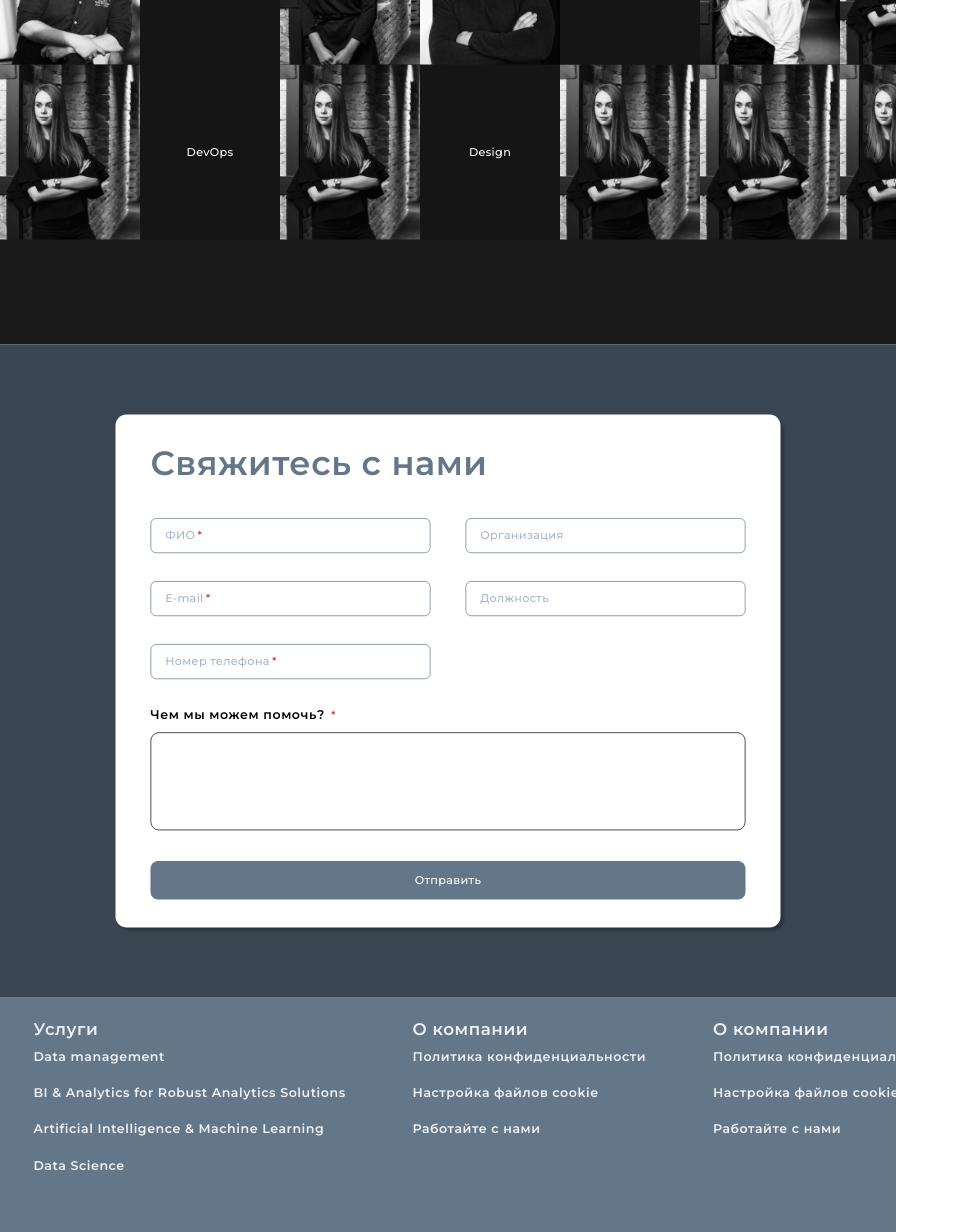
Repository: DalerAlyamov/paymona
Page: /about-us
An editor plug-in stored every save of this project. The page is shown before and after a run of saves, followed by the edit.
The browser window is 1280 px wide. The page is 1400 px wide, so the pictures cover 1400 px, including what lies to the right of the window. The pictures show the part of the page from y = 993 to 2753 px (the page is 2753 px tall), at 70% of full size.
The project was rebuilt for these pictures with package versions that can differ from the ones it lists, and the page was loaded fresh each time. Also part of the build but not shown: src/icons/Home.js, src/icons/HeadsetMic.js, src/icons/Person.js, src/icons/Work.js, src/icons/ExpandMore.js, src/icons/ArrowForwardIos.js, src/icons/Search.js, src/icons/FilterList.js and 17 more.

Above is the page before, as saved 2021-09-11 14:59:50.

### src/index.js
import React from 'react'
import ReactDOM from 'react-dom'
import './styles/global.sass'
import App from './App'
import { BrowserRouter as Router } from 'react-router-dom'

ReactDOM.render(
  <Router>
    <App />
  </Router>,
  document.getElementById('root')
)

### src/styles/global.sass
@import url('https://fonts.googleapis.com/css2?family=Montserrat:wght@100;200;300;400;500;600;700;800;900&display=swap')

*
  margin: 0
  padding: 0
  font-family: 'Montserrat', sans-serif
  box-sizing: border-box
  list-style: none
  text-decoration: none
  outline: none
  border: none
  background: none
  font-size: 1rem
  font-weight: 500
  letter-spacing: 0.03rem
  user-select: none
  resize: none

html, body
  overflow-x: hidden
  scroll-behavior: smooth

a
  color: #000
  &:hover, &:active
    color: #000

button, button *
  cursor: pointer

@mixin container
  width: 1400px
  margin: 0 auto

### src/App.js
import React from 'react'
import { Switch, Route } from 'react-router-dom'
import Header from './components/Header/Header'
import Home from './pages/Home'
import DataManagement from './pages/DataManagement'
import Services from './pages/Services'
import BI from './pages/BI'
import ML from './pages/ML'
import DataScience from './pages/DataScience'
import About from './pages/About'
import Footer from './components/Footer/Footer'

const App = () => {
  return (
    <>
      <Header />
      <Switch>
        <Route path='/data-science'>
          <DataScience />
        </Route>
        <Route path='/ml'>
          <ML />
        </Route>
        <Route path='/bi'>
          <BI />
        </Route>
        <Route path='/about-us'>
          <About />
        </Route>
        <Route path='/data-management'>
          <DataManagement />
        </Route>
        <Route path='/services'>
          <Services />
        </Route>
        <Route path='/'>
          <Home />
        </Route>
      </Switch>
      <Footer/>
    </>
  )
}

export default App

### src/components/Header/Header.js
import React, { useEffect, useState } from 'react'
import classNames from 'classnames'
import styles from './Header.module.sass'
import { Logo } from '../../icons'
import { Link, useHistory } from 'react-router-dom'

const Header = ({
  className
}) => {

  const [activeLink, setActiveLink] = useState()

  const history = useHistory()

  useEffect(() => {
    setActiveLink(history.location.pathname)
    history.listen(location => setActiveLink(location.pathname))
  }, [history])

  return (
    <div className={classNames(className, styles.root)}>

      <div className={styles.container}>

        <Link className={styles.logo} to='/'>
          <Logo size={168} />
        </Link>

        <Nav activeLink={activeLink} />

      </div>

    </div>
  )
}

const Nav = ({
  activeLink
}) => {
  return (
    <div className={styles.nav}>
      <Link className={classNames(styles.link, activeLink === '/' && styles['link--active'])} to='/'>
        Главная
      </Link>
      <Link className={classNames(styles.link, activeLink === '/services' && styles['link--active'])} to='/services'>
        Услуги
      </Link>
      <Link className={classNames(styles.link, activeLink === '/about-us' && styles['link--active'])} to='/about-us'>
        О нас
      </Link>
      <Link className={classNames(styles.link, activeLink === '/contacts' && styles['link--active'])} to='/contacts'>
        Контакты
      </Link>
    </div>
  )
}

export default Header

### src/pages/About.js
import React from 'react'
import styles from './page.module.sass'
import AboutCom from '../components/About/About'
import Login from '../components/Login/Login'

const About = () => {
  return (
    <div className={styles.root}>

      <AboutCom/>

      <Login isDark />

    </div>
  )
}

export default About

### src/components/Footer/Footer.js
import React from 'react'
import { Link } from 'react-router-dom'
import styles from './Footer.module.sass'
const Footer = () => {
  return (
    <div className={styles.root}>

      <div className={styles.container}>

        <div className={styles.services}>
          <span className={styles.title}>Услуги</span>
          <Link to='/' className={styles.servicesItems}>Data management </Link>
          <Link to='/' className={styles.servicesItems}>BI & Analytics for Robust Analytics Solutions</Link>
          <Link to='/' className={styles.servicesItems}>Artificial Intelligence & Machine Learning</Link>
          <Link to='/' className={styles.servicesItems}>Data Science </Link>
       </div>

        <div className={styles.AboutCompany}>
          <span className={styles.title}>О компании</span>
          <Link to='/' className={styles.servicesItems}>Политика конфиденциальности</Link>
          <Link to='/' className={styles.servicesItems}>Настройка файлов cookie</Link>
          <Link to='/' className={styles.servicesItems}>Работайте с нами</Link>
        </div>

        <div className={styles.AboutCompany}>
          <span className={styles.title}>О компании</span>
          <Link to='/' className={styles.servicesItems}>Политика конфиденциальности</Link>
          <Link to='/' className={styles.servicesItems}>Настройка файлов cookie</Link>
          <Link to='/' className={styles.servicesItems}>Работайте с нами</Link>
        </div>

      </div>

    </div>
  )
}

export default Footer

### src/components/Header/Header.module.sass
@import '../../styles/global'

.root
  position: absolute
  top: 0
  left: 0
  width: 100%
  padding: 23px 0

.container
  display: flex
  align-items: center
  justify-content: space-between
  @include container

.logo
  display: flex
  align-items: center
  justify-content: center
  path
    color: #000

.nav
  display: flex
  align-items: center
  justify-content: flex-end
  gap: 75px

.link
  font-size: 1.5rem
  font-weight: 600
  position: relative
  &::after
    content: ''
    position: absolute
    top: calc(100% + 5px)
    left: 50%
    transform: translateX(-50%)
    width: 0
    height: 0px
    background: #000
    transition: 100ms ease-in-out
  &:hover
    &::after
      width: 100%
      height: 3px
      border-radius: 50px 50px 0 0

.link--active
  &::after
    width: 100%
    height: 3px
    border-radius: 50px 50px 0 0

### src/icons/index.js
import Logo from './Logo'
import Home from './Home'
import HeadsetMic from './HeadsetMic'
import Person from './Person'
import Work from './Work'
import ExpandMore from './ExpandMore'
import ArrowForwardIos from './ArrowForwardIos'
import Search from './Search'
import FilterList from './FilterList'
import KeyboardDown from './KeyboardDown'
import MoreVert from './MoreVert'
import CheckBox from './CheckBox'
import CheckBoxOutlineBlank from './CheckBoxOutlineBlank'
import Close from './Close'
import KeyboardArrowRight from './KeyboardArrowRight'

export {
  Logo,
  Home,
  HeadsetMic,
  Person,
  Work,
  ExpandMore,
  ArrowForwardIos,
  Search,
  FilterList,
  KeyboardDown,
  MoreVert,
  CheckBox,
  CheckBoxOutlineBlank,
  Close,
  KeyboardArrowRight
}

### src/components/Login/Login.js
import React, { useState } from 'react'
import classNames from 'classnames'
import styles from './Login.module.sass'
import rectangle from './rectangle.png'
import GoogleInput from '../GoogleInput/GoogleInput'
import TextareaAutosize from 'react-textarea-autosize'

const Login = ({
  className,
  isDark=false
}) => {
  return (
    <div className={classNames(className, styles.root, isDark && styles['root--dark'])} id='contact'>

      {!isDark &&
        <img src={rectangle} className={styles.rectangle} alt="" />
      }

      <Panel />

    </div>
  )
}

const Panel = () => {

  const [name, setName] = useState('')
  const [email, setEmail] = useState('')
  const [phone, setPhone] = useState('')
  const [organization, setOrganization] = useState('')
  const [position, setPosition] = useState('')
  const [msg, setMsg] = useState('')

  const handleSend = () => {

  }

  return (
    <div className={styles.panel}>

      <span className={styles.title}>
        Свяжитесь с нами
      </span>

      <div className={styles.wrap}>
        <div className={styles.wrap__left}>
          <GoogleInput
            className={styles.input}
            placeholder='ФИО'
            setValue={setName}
            value={name}
            required
          />

          <GoogleInput
            className={styles.input}
            placeholder='E-mail'
            setValue={setEmail}
            value={email}
            required
          />

          <GoogleInput
            className={styles.input}
            placeholder='Номер телефона'
            setValue={setPhone}
            value={phone}
            required
          />
        </div>
        <div className={styles.wrap__right}>
          <GoogleInput
            className={styles.input}
            placeholder='Организация'
            setValue={setOrganization}
            value={organization}
          />

          <GoogleInput
            className={styles.input}
            placeholder='Должность'
            setValue={setPosition}
            value={position}
          />
        </div>
      </div>

      <div className={styles.input_title}>
        Чем мы можем помочь? <span className={styles.required_star}>*</span>
      </div>

      <TextareaAutosize
        className={styles.textarea}
        minRows={6}
        value={msg}
        onChange={e => setMsg(e.target.value)}
      />

      <button className={styles.send_btn} onClick={() => handleSend()}>
        Отправить
      </button>

    </div>
  )
}

export default Login

### src/pages/page.module.sass
@import '../styles/global'

.root
  padding-top: 166px

### src/components/Footer/Footer.module.sass
@import '../../styles/global'

.root
  width: 100%
  height: 335px
  background: #647789

.container
  @include container
  display: flex
  justify-content: space-around

.sub
  padding: 30px 0 0 0
  display: flex
  flex-direction: column
  height: 100%


.title
  color: #EDF1F5
  font-size: 24px
  letter-spacing: 0.05rem
  line-height: 29.26px
  font-weight: 600

.block
  width: 542px
  padding-top: 30px
  display: flex
  justify-content: space-between

.input
  background: #EDF1F5
  width: 277px
  height: 40px
  font-size: 16px
  padding-left: 10px
  &::placeholder
    font-size: 14px


.btn
  border: 1px solid #EDF1F5
  color: #EDF1F5
  padding: 9px 40px

.security
  height: 100%
  display: flex
  align-items: flex-end
  padding-bottom: 30px
  color: #EDF1F5
  font-size: 18px
  letter-spacing: 0.05rem
  line-height: 21.94px

.services
  height: 100%
  padding: 30px 0 0 0
  display: flex
  flex-direction: column
  justify-content: flex-start

.servicesItems
  text-align: start
  padding: 15px 0 15px 0
  font-size: 18px
  letter-spacing: 0.05rem
  font-weight: 600
  line-height:  21.94px
  color: #EDF1F5
  &:hover
    color: #EDF1F5
    text-decoration: underline

.AboutCompany
  height: 100%
  padding: 30px 0 0 0
  display: flex
  flex-direction: column
  justify-content: flex-start

### src/components/Performance/Performance.module.sass
@import '../../styles/global'

.root
  min-height: 100vh
  padding-top: 166px

.container
  position: relative
  @include container
  height: 636px

.panel_hd
  position: absolute
  top: 0
  left: 0

.perfomance_vector
  position: absolute
  right: 100px
  top: 50px
  z-index: 10

.content
  left: 100px
  top: 80px
  position: absolute
  z-index: 10
  display: flex
  align-items: flex-start
  flex-direction: column

.title
  font-size: 3rem
  margin-bottom: 70px

.description
  margin-bottom: 50px
  line-height: 24px
  letter-spacing: 0.06rem

.button
  display: inline-block
  padding: 18px 34px
  background: #647789
  border-radius: 8px
  color: #fff
  transition: 70ms linear
  &:hover
    background: darken(#647789, 5%)
    color: #fff
  &:active
    background: darken(#647789, 10%)
    color: #fff

.down_btn
  position: absolute
  z-index: 10
  left: 50%
  bottom: 24px
  transform: translateX(-50%)
  background: #fff
  padding: 63px 38px
  border-radius: 50px
  path
    color: #000

### src/components/AboutUs/AboutUs.module.sass
@import '../../styles/global'

.root
  margin: 80px 0 190px 0
  position: relative
  height: 1440px

.container
  position: relative
  @include container
  height: 636px

.panel_hd
  z-index: 10
  position: absolute
  top: 0
  left: 0
  width: 100%
  height: 455px !important

.sec_panel_hd
  position: absolute
  top: 20px
  left: 0
  width: 100%
  height: 1463px !important

.content
  width: 100%
  z-index: 1000
  left: 0
  top: 93px
  position: absolute
  display: flex
  align-items: flex-start
  flex-direction: column

.title
  font-size: 38px
  margin-bottom: 30px
  font-weight: 600

.text
  font-weight: 500
  font-size: 18px
  width: 420px
  letter-spacing: 5%
  line-height: 38px

.text2
  font-weight: 500
  font-size: 18px
  width: 701px
  letter-spacing: 5%
  line-height: 38px

.text3
  font-weight: 500
  font-size: 18px
  width: 600px
  letter-spacing: 5%
  line-height: 38px

.righgtTerxt
  width: 100%
  display: flex
  justify-content: flex-end

.Selecting_team
  position: absolute
  right: 100px
  top: 230px
  z-index: 20

.Coworking
  position: absolute
  left: 0
  top: 880px
  z-index: 20

.about
  width: 180px
  justify-content: space-between
  margin-top: 120px
  display: flex
  align-items: center
  font-size: 36px
  font-weight: 600
  margin-bottom: 40px

hr
  width: 45px
  height: 1px
  background: #000

### src/components/Services/Services.module.sass
@import '../../styles/global'

.root
  background: #647789
  margin-bottom: 530px
  border-radius: 20px
  padding-top: 20px

.container
  position: relative
  width: 100%
  min-height: 1500px
  @include container

.road_map_png
  position: absolute
  left: 0
  top: 50px

.worlspace_amico
  position: absolute
  bottom: 250px
  right: 200px

.title
  display: inline-block
  margin: 50px 0
  color: #EDF1F5
  font-size: 3.375rem
  font-weight: 600
  line-height: 58px

.description
  color: #DCE1E9
  font-size: 2.25rem
  font-weight: 600
  letter-spacing: 0.06rem
  line-height: 43px

.point
  position: absolute
  display: flex
  flex-direction: column
  justify-content: flex-start

.point__title
  color: #fff
  font-size: 2.25rem
  margin-bottom: 14px

.point__description
  max-width: 320px
  font-size: 1.125rem
  color: #DCE1E9

.point_1
  top: 180px
  left: 715px

.point_2
  top: 490px
  left: 715px

.point_3
  top: 690px
  left: 0px

.point_4
  top: 1015px
  left: 100px

.services_list
  background: #fff
  border-radius: 20px
  padding: 50px 100px
  position: absolute
  top: calc(100% - 200px)
  left: 50%
  transform: translateX(-50%)
  display: flex
  justify-content: space-between
  gap: 180px
  box-shadow: 0px 8px 4px rgba(0, 0, 0, 0.12)

.services_list__title
  font-size: 3rem
  color: #000
  margin-bottom: 60px
  display: inline-block

.services_list__list
  display: flex
  flex-direction: column
  justify-content: space-between
  svg
    transition: 100ms linear

.services_list__link
  width: 530px
  flex-grow: 1
  display: flex
  justify-content: space-between
  align-items: center
  span
    max-width: 400px
    font-size: 1.5rem
    font-weight: 600
  &:hover
    text-decoration: underline
    svg
      transform: translateX(10px)
      transition: 100ms linear

### src/components/Login/Login.module.sass
@import '../../styles/global'

.root
  position: relative
  padding-top: 100px
  padding-bottom: 100px
  display: flex
  align-items: center
  justify-content: center

.root--dark
  background: #3A4753

.rectangle
  position: absolute
  width: 100%
  top: 0
  left: 0

.panel
  display: inline-block
  padding: 40px 50px
  border-radius: 16px
  position: relative
  z-index: 100
  margin: 0 auto
  background: #fff
  box-shadow: 5px 5px 4px rgba(0, 0, 0, 0.25)

.title
  font-size: 3rem
  letter-spacing: 0.05rem
  text-align: center
  color: #647789
  font-weight: 600
  margin-bottom: 50px
  display: inline-block

.wrap
  display: flex
  align-items: flex-start
  justify-content: space-between
  gap: 50px
  flex-wrap: wrap
  width: 100%

.input
  margin-bottom: 40px

.input_title
  font-size: 1.125rem
  font-weight: 600
  letter-spacing: 0.05rem

.required_star
  display: inline-block
  margin-left: 3px
  color: #d42f2f
  margin-bottom: 15px

.textarea
  width: 100%
  border-radius: 12px
  border: 1px solid #000
  padding: 12px 16px

.send_btn
  width: 100%
  padding: 18px 0
  border-radius: 11px
  color: #fff
  margin-top: 40px
  transition: 100ms linear
  background: #647789
  &:hover
    background: darken(#647789, 6%)
  &:active, &:focus
    background: darken(#647789, 13%)

### src/components/GoogleInput/GoogleInput.js
import React, { useState } from 'react'
import classNames from 'classnames'
import styles from './GoogleInput.module.sass'

const GoogleInput = ({
  className,
  placeholder,
  value='',
  setValue,
  required=false
}) => {

  const [focused, setFocused] = useState(false)

  return (
    <div
      className={classNames(
        className,
        styles.root,
        (focused || value.trim() !== '') && styles['root--focused']
      )}
    >

      <span className={styles.placeholder}>
        {placeholder}
        {required &&
          <span className={styles.required_star}>*</span>
        }
      </span>

      <input
        type="text"
        value={value}
        className={styles.input}
        onChange={e => setValue(e.target.value)}
        onFocus={() => setFocused(true)}
        onBlur={() => setFocused(false)}
      />

    </div>
  )
}

export default GoogleInput

### src/components/OurDignity/OurDignity.module.sass
@import '../../styles/global'

.root
  width: 100%
  background: #647789
  border-radius: 20px
  padding: 50px 0
  margin-bottom: 150px

.container
  @include container

.title
  color: #EDF1F5
  font-size: 3rem
  font-weight: 600
  letter-spacing: 0.05rem

.blocks
  display: grid
  grid-template-columns: 1fr 1fr 1fr
  grid-template-rows: 1fr 1fr

.block
  padding: 45px
  display: flex
  flex-direction: column
  justify-content: flex-start
  align-items: flex-start

.block__vector
  margin-bottom: 15px

.block__title
  color: #EDF1F5
  letter-spacing: 0.05rem
  font-size: 2rem

.block__text
  color: #EDF1F5
  font-size: 1rem
  letter-spacing: 0.05rem
  max-width: 380px
  margin-top: 15px
  line-height: 24px

.block_1
  border-bottom: 1px dashed #fff

.block_2
  border-bottom: 1px dashed #fff
  border-right: 1px dashed #fff
  border-left: 1px dashed #fff

.block_3
  border-bottom: 1px dashed #fff

.block_5
  border-right: 1px dashed #fff
  border-left: 1px dashed #fff

### src/components/SinglePapeComponent/SinglePapeComponent.module.sass
@import '../../styles/global'

.root
  min-height: 90vh

.container
  @include container
  position: relative

.rectangle
  position: absolute
  top: 0
  left: 0
  width: 100%

.headling
  position: absolute
  top: 50px
  left: 100px
  display: flex
  flex-direction: column
  justify-content: flex-start

.vector
  position: absolute
  right: 100px
  top: 20px

.title
  font-size: 3rem
  font-weight: 600

.button
  width: 250px
  padding: 15px 0
  border-radius: 8px
  color: #fff
  margin-top: 30px
  transition: 100ms linear
  text-align: center
  background: #3A4753
  &:hover
    background: darken(#3A4753, 6%)
    color: #fff
  &:active, &:focus
    background: darken(#3A4753, 13%)

.text
  padding-top: 440px
  margin-left: 100px
  font-size: 1.5rem
  font-weight: 600
  letter-spacing: 0.05rem
  color: #263238

### src/components/About/About.module.sass
@import '../../styles/global'

.root
  width: 100vw
  background: #1a1a1a
  padding-bottom: 150px

.hr
  width: 100%
  display: flex
  justify-content: center

.title
  font-size: 180px
  display: flex
  justify-content: center
  padding-top: 150px
  font-weight: 600
  letter-spacing: 120px
  color: #151515
  margin-bottom: 50px

.gridBlocks
  display: grid
  grid-template-columns: 1fr 1fr 1fr 1fr 1fr 1fr 1fr

.container
  @include container

.block
  background: #151515

.bookTitle
  text-align: center
  height: 250px
  width: 100%
  color: #fff
  display: flex
  justify-content: center
  align-items: center

.wrap
  position: relative
  height: 250px
  display: flex
  align-items: center
  justify-content: center
  overflow: hidden
  &:hover
   .hoverBlock
      opacity: 1

.img
  position: absolute
  top: 0
  left: 0
  width: 100%
  object-position: center

.hoverBlock
  display: flex
  opacity: 0
  width: 100%
  height: 100%
  justify-content: flex-end
  align-items: flex-start
  flex-direction: column
  background: #00000075
  padding: 15px
  z-index: 100
  transition: 300ms ease-in-out

.name
  color: #fff
  font-size: 18px
  font-weight: 600

.position
  color: #afafaf
  font-weight: 600
  font-size: 12px

### src/icons/SvgTemplate.js
import styled from 'styled-components'

export default styled.svg.attrs({
  version: '1.1',
  xmlns: 'http://www.w3.org/2000/svg',
  xmlnsXlink: 'http://www.w3.org/1999/xlink',
})``

### src/components/GoogleInput/GoogleInput.module.sass
@import '../../styles/global'

.root
  width: 400px
  border-radius: 8px
  height: 50px
  border: 1px solid #647789
  display: flex
  align-items: center
  justify-content: flex-start
  position: relative

.root--focused
  border-color: #7E96C1
  .placeholder
    font-size: 0.75rem
    transform: translate(-2px, -200%)
    background: rgba(#FFFFFF, 1)
    color: #7E96C1

.placeholder
  transition: 100ms linear
  font-weight: 500
  position: absolute
  top: 50%
  left: 16px
  transform: translateY(-50%)
  color: #A7B6CB
  pointer-events: none
  background: rgba(#FFFFFF, 0)
  padding: 0 4px

.input
  width: 100%
  height: 100%
  padding: 18px 16px

.required_star
  display: inline-block
  margin-left: 3px
  color: #d42f2f

Loaded but not shown: public/index.html (common file); src/icons/Logo.js (65 lines, source omitted); src/components/About/About.js (164 lines, source omitted)

After the next 2 saves:
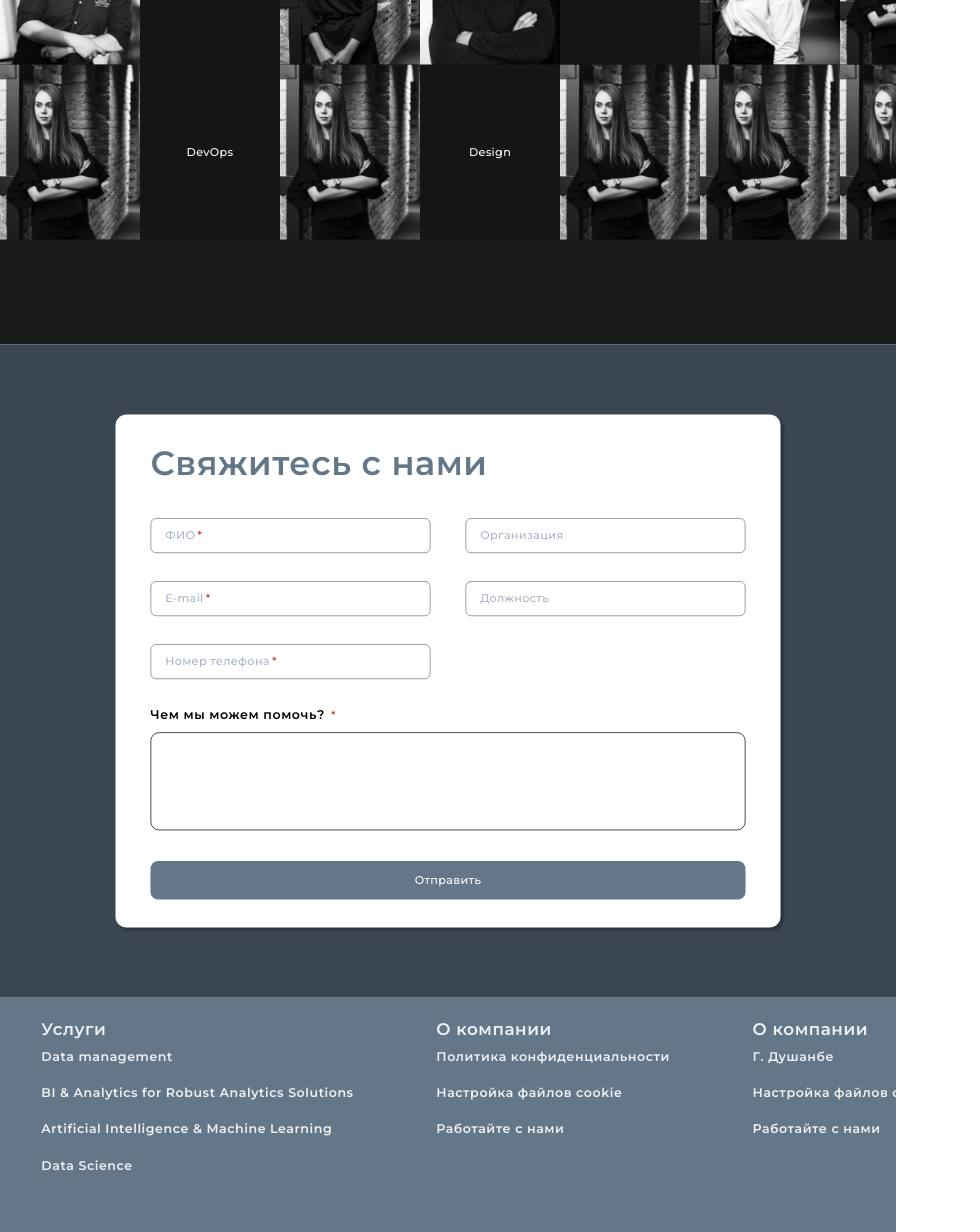
The 2 saves are shown as one change because they came seconds apart.
The last was saved 6 min 7 s later.
--- a/src/components/Footer/Footer.js
+++ b/src/components/Footer/Footer.js
@@ -24,7 +24,7 @@ const Footer = () => {
 
         <div className={styles.AboutCompany}>
           <span className={styles.title}>О компании</span>
-          <Link to='/' className={styles.servicesItems}>Политика конфиденциальности</Link>
+          <Link to='/' className={styles.servicesItems}>Г. Душанбе</Link>
           <Link to='/' className={styles.servicesItems}>Настройка файлов cookie</Link>
           <Link to='/' className={styles.servicesItems}>Работайте с нами</Link>
         </div>
